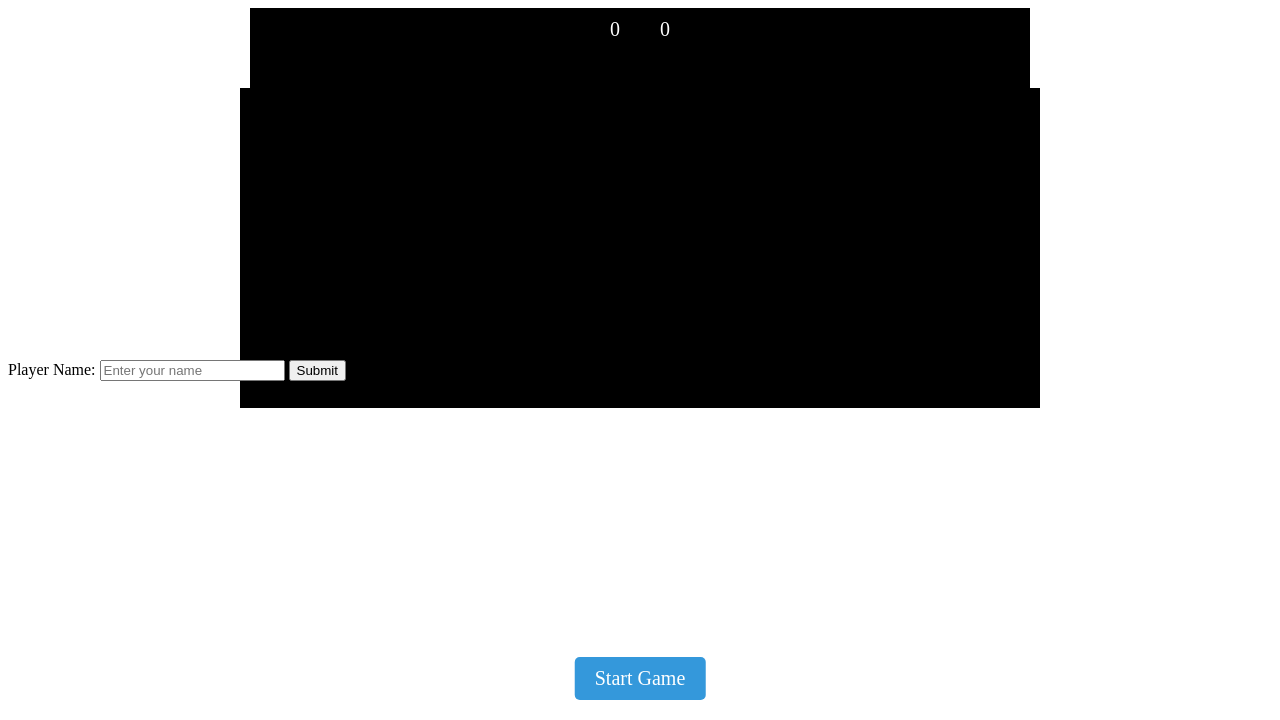
Repository: SiPilip/PingPong-basicJS
Page: index.html
An editor plug-in stored every save of this project. The page is shown before and after the next save, followed by the edit.
The browser window is 1280 px wide. The pictures show the whole page.

Above is the page before, as saved 2023-05-30 11:15:42.

After the next save:
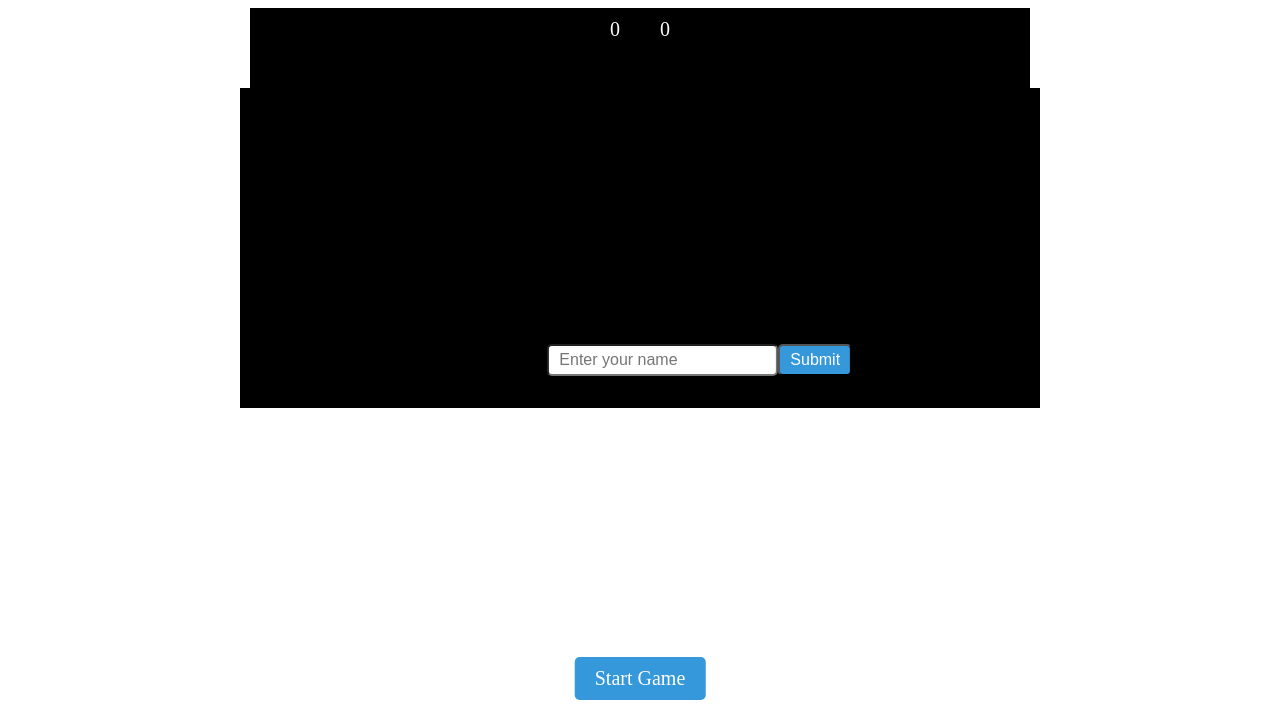
Saved 32 s later.
--- a/style.css
+++ b/style.css
@@ -1,94 +1,122 @@
 #pong {
-    position: relative;
-    width: 800px;
-    height: 400px;
-    background-color: #000;
-    margin: 0 auto;
-    overflow: hidden;
+  position: relative;
+  width: 800px;
+  height: 400px;
+  background-color: #000;
+  margin: 0 auto;
+  overflow: hidden;
 }
 
 #paddleA,
 #paddleB {
-    position: absolute;
-    width: 10px;
-    height: 80px;
-    background-color: #fff;
+  position: absolute;
+  width: 10px;
+  height: 80px;
+  background-color: #fff;
 }
 
 #paddleA {
-    left: 0;
+  left: 0;
 }
 
 #paddleB {
-    right: 0;
+  right: 0;
 }
 
 #ball {
-    position: absolute;
-    width: 10px;
-    height: 10px;
-    background-color: #fff;
-    border-radius: 50%;
+  position: absolute;
+  width: 10px;
+  height: 10px;
+  background-color: #fff;
+  border-radius: 50%;
 }
 
 #scoreboard {
-    position: absolute;
-    top: 10px;
-    left: 50%;
-    transform: translateX(-50%);
-    display: flex;
-    justify-content: space-between;
-    width: 100px;
-    color: #fff;
-    font-size: 20px;
+  position: absolute;
+  top: 10px;
+  left: 50%;
+  transform: translateX(-50%);
+  display: flex;
+  justify-content: space-between;
+  width: 100px;
+  color: #fff;
+  font-size: 20px;
 }
 
 .player-score {
-    text-align: center;
-    width: 50px;
+  text-align: center;
+  width: 50px;
 }
 
 #loading-screen {
-    position: fixed;
-    top: 0;
-    left: 0;
-    width: 100%;
-    height: 100%;
-    background-color: #000;
-    display: flex;
-    justify-content: center;
-    align-items: center;
-    z-index: 9999;
+  position: fixed;
+  top: 0;
+  left: 0;
+  width: 100%;
+  height: 100%;
+  background-color: #000;
+  display: flex;
+  justify-content: center;
+  align-items: center;
+  z-index: 9999;
 }
 
 .loader {
-    border: 16px solid #f3f3f3;
-    border-top: 16px solid #3498db;
-    border-radius: 50%;
-    width: 120px;
-    height: 120px;
-    animation: spin 2s linear infinite;
+  border: 16px solid #f3f3f3;
+  border-top: 16px solid #3498db;
+  border-radius: 50%;
+  width: 120px;
+  height: 120px;
+  animation: spin 2s linear infinite;
 }
 
 @keyframes spin {
-    0% { transform: rotate(0deg); }
-    100% { transform: rotate(360deg); }
+  0% {
+    transform: rotate(0deg);
+  }
+  100% {
+    transform: rotate(360deg);
+  }
 }
 
 #start-button {
-    position: fixed;
-    bottom: 20px;
-    left: 50%;
-    transform: translateX(-50%);
-    padding: 10px 20px;
-    background-color: #3498db;
-    color: #fff;
-    font-size: 20px;
-    cursor: pointer;
-    border-radius: 5px;
+  position: fixed;
+  bottom: 20px;
+  left: 50%;
+  transform: translateX(-50%);
+  padding: 10px 20px;
+  background-color: #3498db;
+  color: #fff;
+  font-size: 20px;
+  cursor: pointer;
+  border-radius: 5px;
 }
 
 #name-input {
-    position: fixed;
-    top: 50%;
-    left:
+  position: fixed;
+  top: 50%;
+  left: 50%;
+  transform: translate(-50%, -50%);
+  display: flex;
+  align-items: center;
+}
+
+#name-input label {
+  font-size: 20px;
+  margin-right: 10px;
+}
+
+#name-input input[type="text"] {
+  padding: 5px 10px;
+  font-size: 16px;
+  border-radius: 5px;
+}
+
+#name-input button {
+  padding: 5px 10px;
+  background-color: #3498db;
+  color: #fff;
+  font-size: 16px;
+  cursor: pointer;
+  border-radius: 5px;
+}
